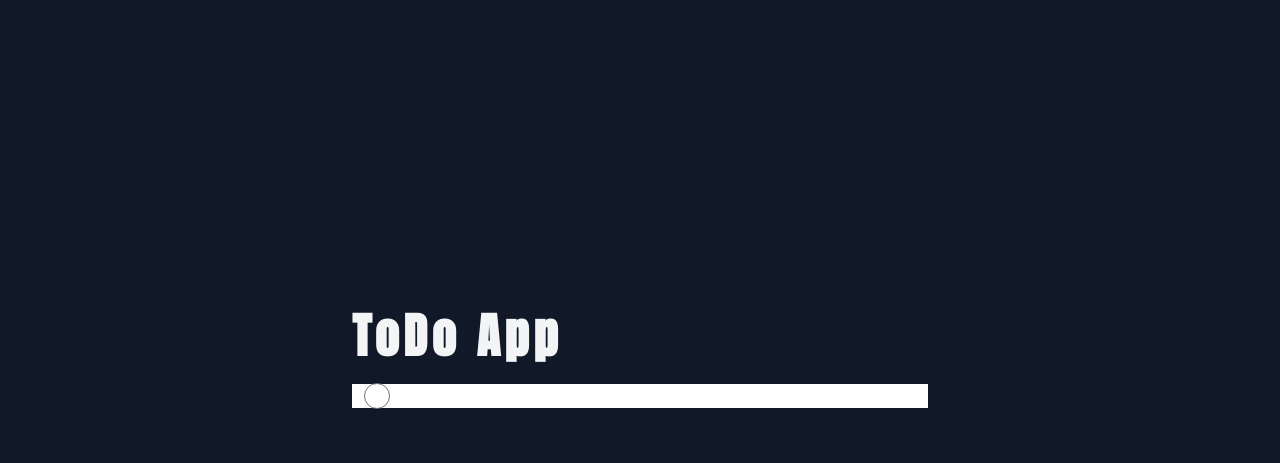
Repository: mvbri/app-todo-fullstack
Page: /
These files come from the project's save history. The page is drawn as it stood at one moment and after the next save; the edit follows.
The browser window is 1280 px wide. The pictures show the whole page.
The project was rebuilt for these pictures with package versions that can differ from the ones it lists, and the page was loaded fresh each time. Also part of the build but not shown: src/App.css.

Above is the page before, as saved 2023-04-09 12:29:51.

After the next save:
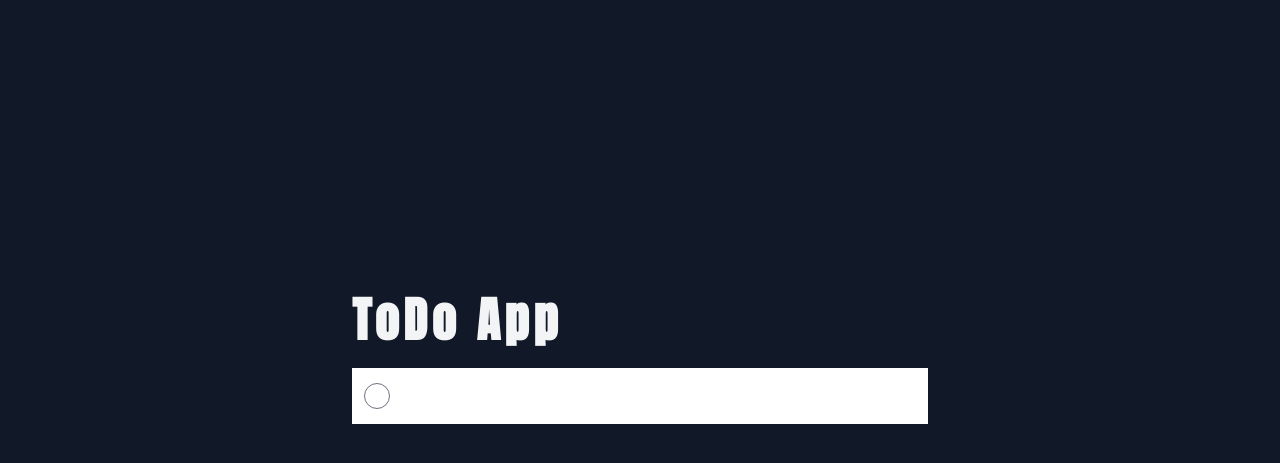
Saved 22 s later.
--- a/src/components/TodoInput.js
+++ b/src/components/TodoInput.js
@@ -8,7 +8,7 @@ function TodoInput() {
 			</div>
 			<input
 				type='text'
-				className='focus:shadow-lg font-inter focus:shadow-blue-800 pl-12 w-full'
+				className='focus:shadow-lg font-inter focus:shadow-blue-800 pl-12 w-full py-4'
 			></input>
 		</div>
 	);
